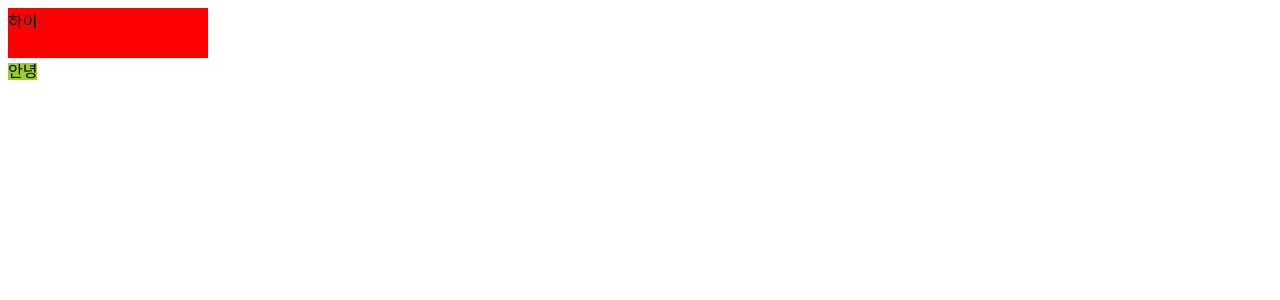
Repository: sangah-park98/jsp-class
Page: k20230503_1_html/src/main/webapp/02_div_span.html
An editor plug-in stored every save of this project. The page is shown before and after the next save, followed by the edit.
The browser window is 1280 px wide. The pictures show the whole page.

Above is the page before, as saved 2023-05-02 09:03:53.

After the next save:
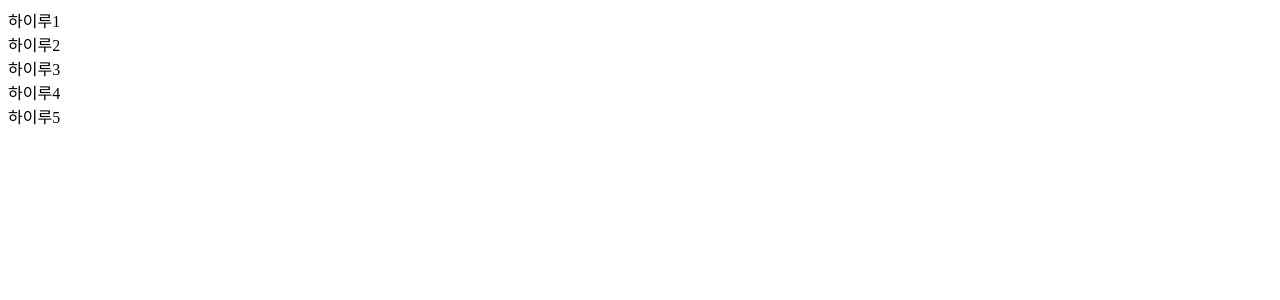
Saved 2 min 20 s later.
--- a/k20230503_1_html/src/main/webapp/02_div_span.html
+++ b/k20230503_1_html/src/main/webapp/02_div_span.html
@@ -4,53 +4,14 @@
 <meta charset="UTF-8">
 <title>div span</title>
 
-<style type="text/css">
-
-	div {
-		background-color: red;
-		/* 블록 요소는 width와 height가 적용된다. */
-		width: 200px;
-		height: 50px;
-	}
-
-	span {
-		background-color: yellowgreen;
-		/* 인라인 요소는 width와 height가 적용되지 않고 무시된다. */
-		width: 200px;
-		height: 50px;
-	}
-</style>
-
-
 
 </head>
 <body>
 
-<!--
- 	1. 블록 요소
- 		div, h1 ~ h6, p, ...
- 		사용 가능한 최대 가로 너비를 사용한다. (화면에 꽉 차게)
- 		크기를 지정할 수 있다. ★ 전체
- 		기본값으로 width: 100%, height: 0을 사용한다.
- 		수직으로 쌓인다. => 태그가 사용되면 줄이 변경된다.
- 		레이아웃 구성에 사용된다.
- 		margin, padding의 모든 여백을 사용할 수 있다.
+<div>하이루1</div><div>하이루2</div><div>하이루3</div>
+<div>하이루4</div>
+<div>하이루5</div>
 
- 	2. 인라인 요소
- 		span, img, ...
- 		필요한 만큼의 너비를 사용한다. (내가 지정한 문자열 길이만큼)
- 		크기를 지정할 수 없다. ★ 일부
- 		기본값으로 width: 0%, height: 0%을 사용한다.
- 		수평으로 펼쳐진다. => 태그가 사용되도 줄이 변경되지 않는다.
- 		텍스트에 사용된다.
- 		margin은 위, 아래 여백은 사용 불가능, padding은 모든 여백을 사용할 수 있다.
- -->
-<div>
-	하이
-</div>
-<span>
-	안녕
-</span>
 
 </body>
 </html>
